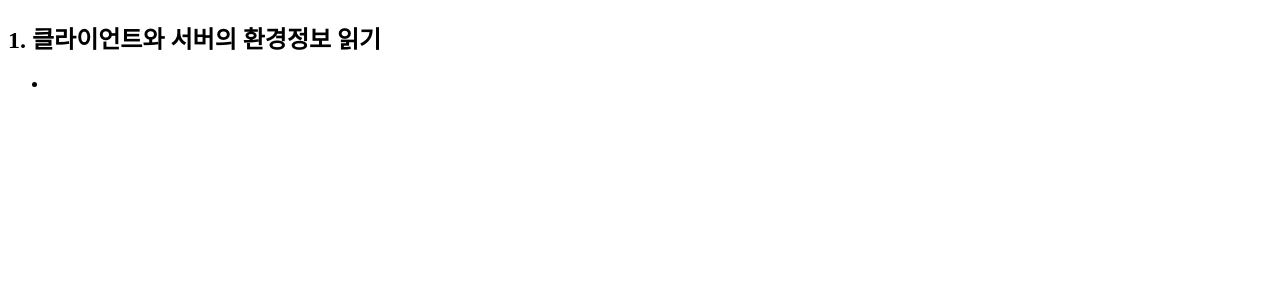
Repository: ahwaboin3/eclipse-workspace-jsp
Page: http://localhost/MustHaveJSP/RequestWebInfo.jsp
The author's editor kept a copy of each file at every save. The page is drawn from the files as they stood at one save, then again after the next save.
The browser window is 1280 px wide. The pictures show the whole page.
The page is served by Tomcat 10.

Above is the page before, as saved 2025-05-21 02:45:27.

After the next save:
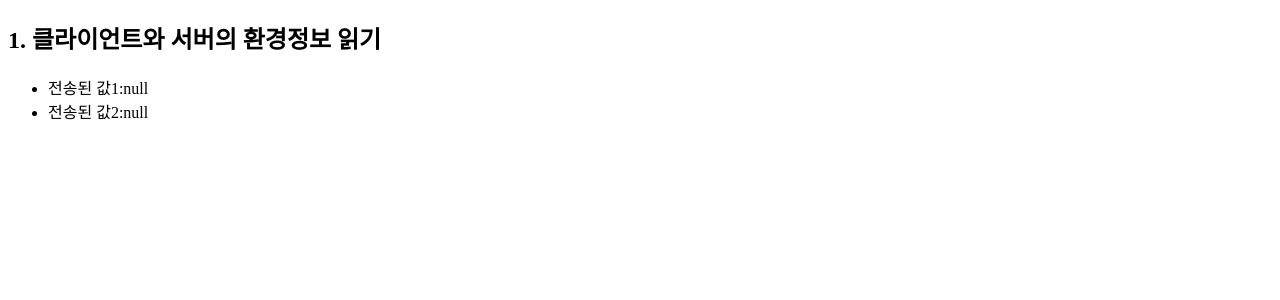
Saved 3 min 1 s later.
--- a/MustHaveJSP/src/main/webapp/RequestWebInfo.jsp
+++ b/MustHaveJSP/src/main/webapp/RequestWebInfo.jsp
@@ -9,7 +9,8 @@
 <body>
 	<h2>1. 클라이언트와 서버의 환경정보 읽기</h2>
 	<ul>
-		<li></li>
+		<li>전송된 값1:<%=request.getParameter("eng") %></li>
+		<li>전송된 값2:<%=request.getParameter("eng") %></li>
 	</ul>
 </body>
 </html>
